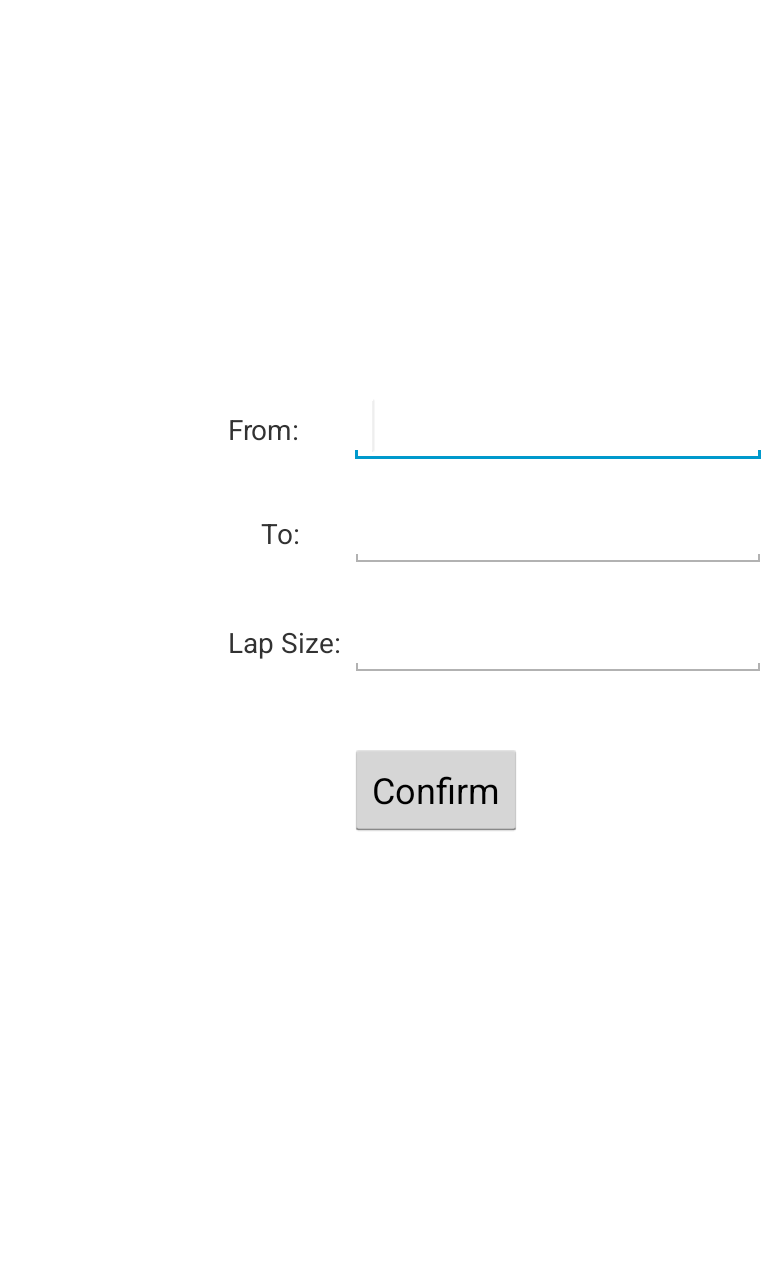
Repository: qfornaguera/AppQuelogy
Layout: AppQueology/res/layout/activity_threshold.xml
The author's editor kept a copy of each file at every save. The layout is drawn from the files as they stood at one save, then again after the next save.
It is drawn on a 768 x 1280 px phone screen (xhdpi) without system bars, with theme AppTheme; the app's code is not run.

Above is the layout before, as saved 2014-05-15 17:04:07.

### AppQueology/res/layout/activity_threshold.xml
<RelativeLayout xmlns:android="http://schemas.android.com/apk/res/android"
    xmlns:tools="http://schemas.android.com/tools"
    android:id="@+id/formthreshold"
    android:layout_width="match_parent"
    android:layout_height="match_parent"
    tools:context="com.example.appqueology.ThresholdActivity"
    tools:ignore="MergeRootFrame" >

    <EditText
        android:id="@+id/editText1"
        android:layout_width="wrap_content"
        android:layout_height="wrap_content"
        android:layout_alignBaseline="@+id/textView1"
        android:layout_alignBottom="@+id/textView1"
        android:layout_alignParentRight="true"
        android:ems="10"
        android:inputType="numberSigned" >

        <requestFocus />
    </EditText>

    <EditText
        android:id="@+id/editText2"
        android:layout_width="wrap_content"
        android:layout_height="wrap_content"
        android:layout_alignBaseline="@+id/textView2"
        android:layout_alignBottom="@+id/textView2"
        android:layout_alignParentRight="true"
        android:ems="10"
        android:inputType="numberSigned" />

    <Button
        android:id="@+id/button1"
        android:layout_width="wrap_content"
        android:layout_height="wrap_content"
        android:layout_alignLeft="@+id/editText2"
        android:layout_below="@+id/editText2"
        android:layout_marginTop="86dp"
        android:text="Confirm" />

    <EditText
        android:id="@+id/editText3"
        android:layout_width="wrap_content"
        android:layout_height="wrap_content"
        android:layout_alignParentRight="true"
        android:layout_centerVertical="true"
        android:ems="10"
        android:inputType="number" />

    <TextView
        android:id="@+id/textView3"
        android:layout_width="wrap_content"
        android:layout_height="wrap_content"
        android:layout_alignBaseline="@+id/editText3"
        android:layout_alignBottom="@+id/editText3"
        android:layout_toLeftOf="@+id/editText3"
        android:text="Lap Size: " />

    <TextView
        android:id="@+id/textView1"
        android:layout_width="wrap_content"
        android:layout_height="wrap_content"
        android:layout_above="@+id/editText3"
        android:layout_alignLeft="@+id/textView3"
        android:layout_marginBottom="76dp"
        android:text="From: " />

    <TextView
        android:id="@+id/textView2"
        android:layout_width="wrap_content"
        android:layout_height="wrap_content"
        android:layout_above="@+id/editText3"
        android:layout_alignRight="@+id/textView1"
        android:layout_marginBottom="24dp"
        android:text="To: " />

</RelativeLayout>

Loaded but not shown: AppQueology/res/values/styles.xml (common file); AppQueology/res/values-v11/styles.xml (common file); AppQueology/res/values-v14/styles.xml (common file)

After the next save:
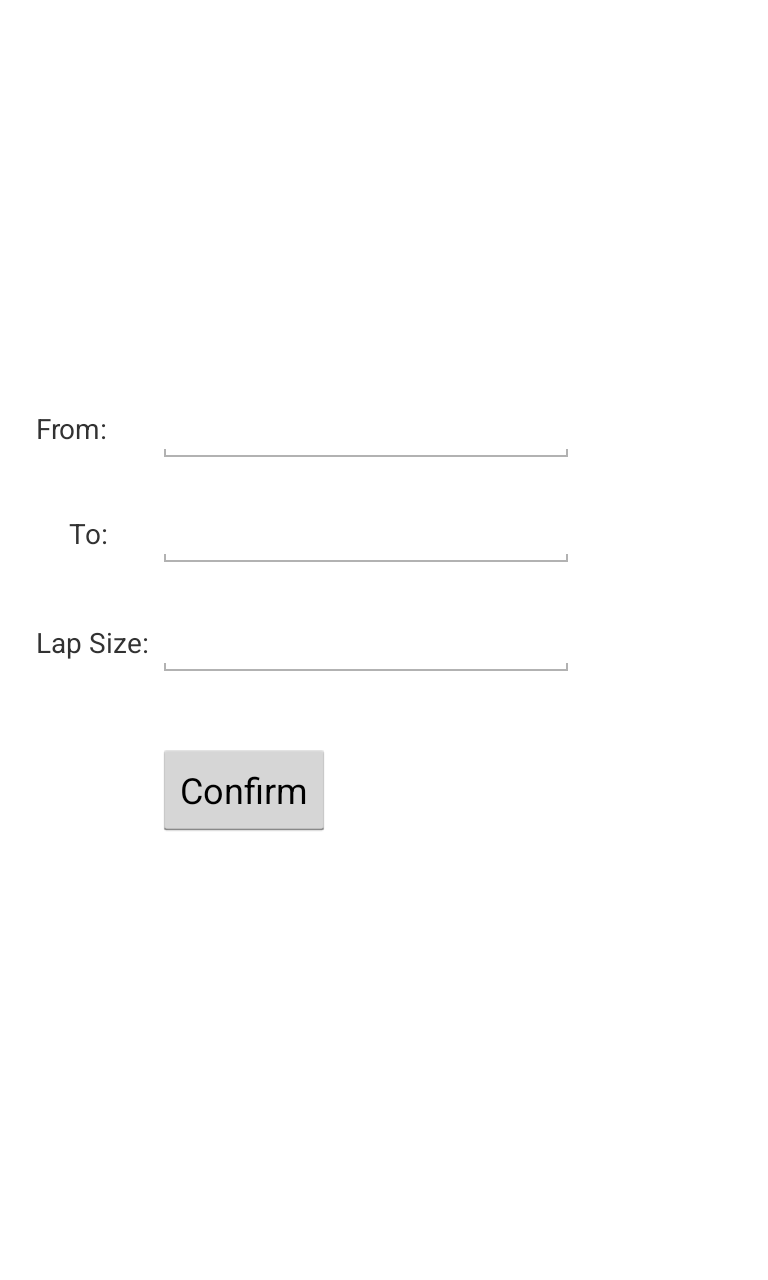
Saved 32 min 22 s later.
--- a/AppQueology/res/layout/activity_threshold.xml
+++ b/AppQueology/res/layout/activity_threshold.xml
@@ -5,29 +5,6 @@
     android:layout_height="match_parent"
     tools:context="com.example.appqueology.ThresholdActivity"
     tools:ignore="MergeRootFrame" >
-
-    <EditText
-        android:id="@+id/editText1"
-        android:layout_width="wrap_content"
-        android:layout_height="wrap_content"
-        android:layout_alignBaseline="@+id/textView1"
-        android:layout_alignBottom="@+id/textView1"
-        android:layout_alignParentRight="true"
-        android:ems="10"
-        android:inputType="numberSigned" >
-
-        <requestFocus />
-    </EditText>
-
-    <EditText
-        android:id="@+id/editText2"
-        android:layout_width="wrap_content"
-        android:layout_height="wrap_content"
-        android:layout_alignBaseline="@+id/textView2"
-        android:layout_alignBottom="@+id/textView2"
-        android:layout_alignParentRight="true"
-        android:ems="10"
-        android:inputType="numberSigned" />
 
     <Button
         android:id="@+id/button1"
@@ -38,33 +15,6 @@
         android:layout_marginTop="86dp"
         android:text="Confirm" />
 
-    <EditText
-        android:id="@+id/editText3"
-        android:layout_width="wrap_content"
-        android:layout_height="wrap_content"
-        android:layout_alignParentRight="true"
-        android:layout_centerVertical="true"
-        android:ems="10"
-        android:inputType="number" />
-
-    <TextView
-        android:id="@+id/textView3"
-        android:layout_width="wrap_content"
-        android:layout_height="wrap_content"
-        android:layout_alignBaseline="@+id/editText3"
-        android:layout_alignBottom="@+id/editText3"
-        android:layout_toLeftOf="@+id/editText3"
-        android:text="Lap Size: " />
-
-    <TextView
-        android:id="@+id/textView1"
-        android:layout_width="wrap_content"
-        android:layout_height="wrap_content"
-        android:layout_above="@+id/editText3"
-        android:layout_alignLeft="@+id/textView3"
-        android:layout_marginBottom="76dp"
-        android:text="From: " />
-
     <TextView
         android:id="@+id/textView2"
         android:layout_width="wrap_content"
@@ -74,4 +24,52 @@
         android:layout_marginBottom="24dp"
         android:text="To: " />
 
+    <TextView
+        android:id="@+id/textView3"
+        android:layout_width="wrap_content"
+        android:layout_height="wrap_content"
+        android:layout_alignBaseline="@+id/editText3"
+        android:layout_alignBottom="@+id/editText3"
+        android:layout_alignParentLeft="true"
+        android:layout_marginLeft="18dp"
+        android:text="Lap Size: " />
+
+    <EditText
+        android:id="@+id/editText3"
+        android:layout_width="wrap_content"
+        android:layout_height="wrap_content"
+        android:layout_centerVertical="true"
+        android:layout_toRightOf="@+id/textView3"
+        android:ems="10"
+        android:inputType="number" />
+
+    <EditText
+        android:id="@+id/editText2"
+        android:layout_width="wrap_content"
+        android:layout_height="wrap_content"
+        android:layout_alignBaseline="@+id/textView2"
+        android:layout_alignBottom="@+id/textView2"
+        android:layout_toRightOf="@+id/textView3"
+        android:ems="10"
+        android:inputType="numberSigned" />
+
+    <EditText
+        android:id="@+id/editText1"
+        android:layout_width="wrap_content"
+        android:layout_height="wrap_content"
+        android:layout_alignBaseline="@+id/textView1"
+        android:layout_alignBottom="@+id/textView1"
+        android:layout_toRightOf="@+id/textView3"
+        android:ems="10"
+        android:inputType="numberSigned" />
+
+    <TextView
+        android:id="@+id/textView1"
+        android:layout_width="wrap_content"
+        android:layout_height="wrap_content"
+        android:layout_above="@+id/editText2"
+        android:layout_alignLeft="@+id/textView3"
+        android:layout_marginBottom="22dp"
+        android:text="From: " />
+
 </RelativeLayout>
